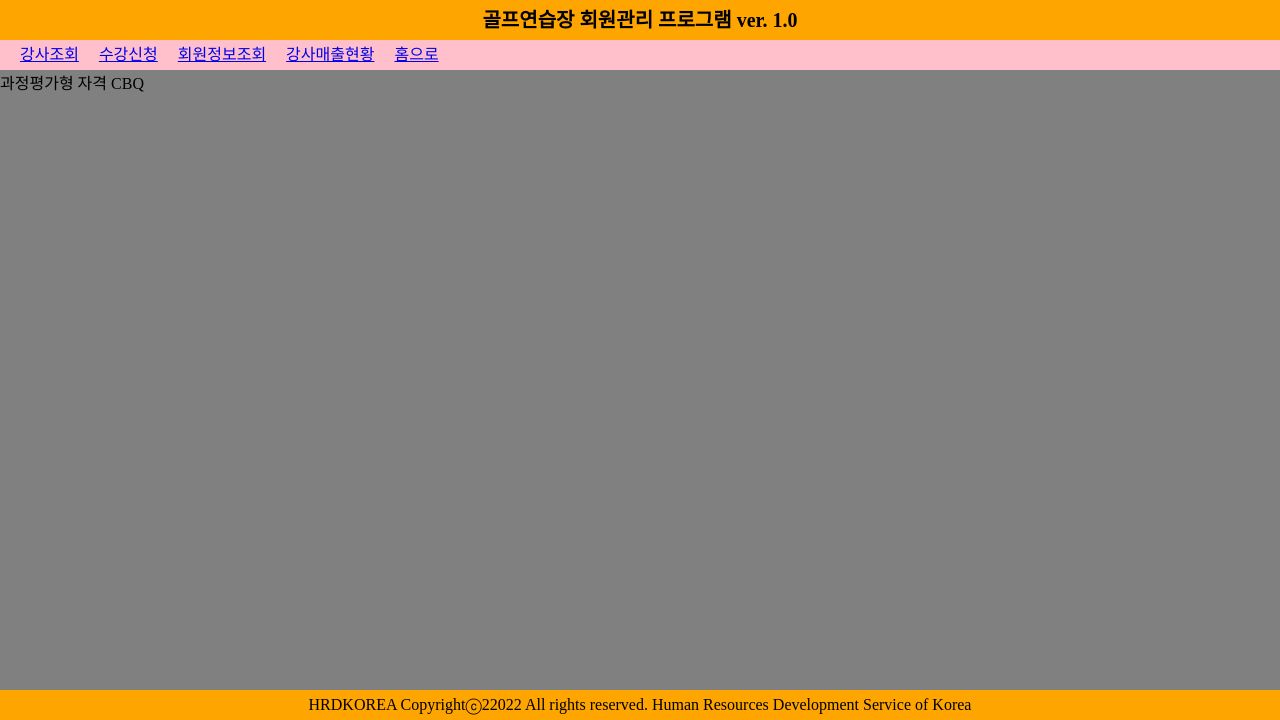
Repository: leesuyeon116/HRD_3
Page: http://localhost/HRD_0505/
These files come from the project's save history. The page is drawn as it stood at one moment and after the next save; the edit follows.
The browser window is 1280 px wide. The pictures show the whole page.
The page is served by Tomcat 9.

Above is the page before, as saved 2024-05-05 08:29:38.

After the next save:
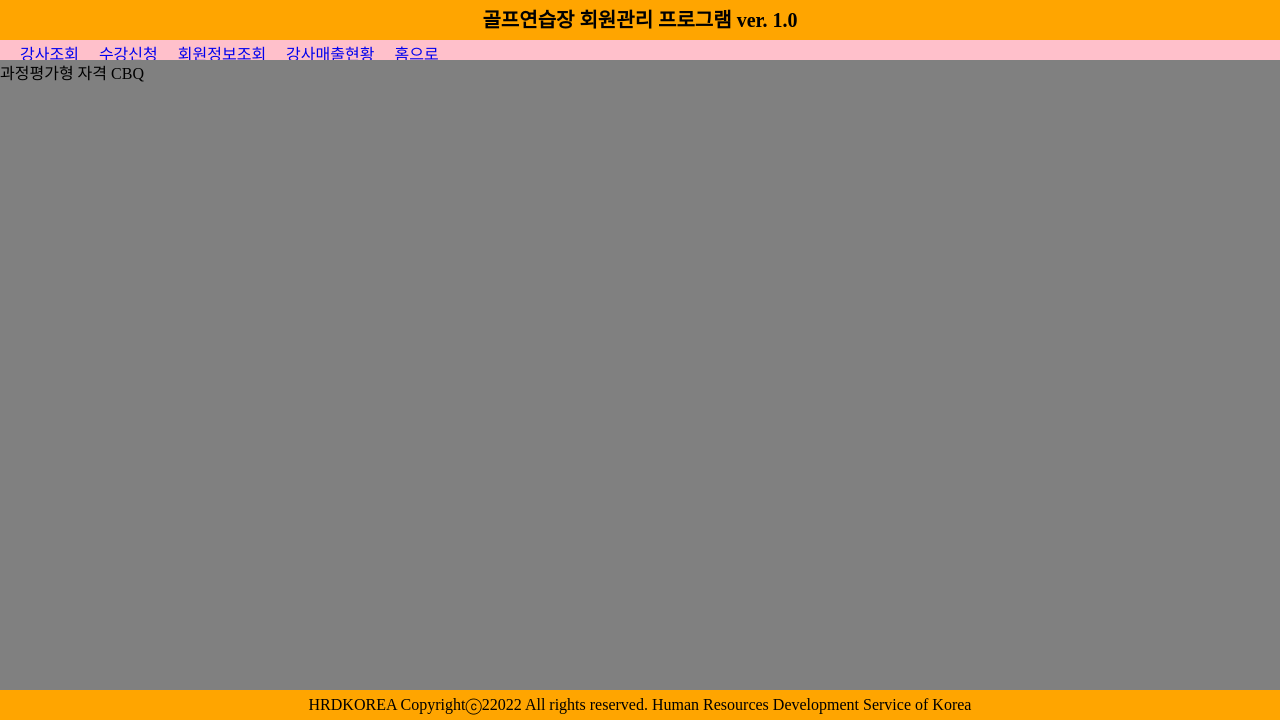
Saved 10 s later.
--- a/workspace/HRD_0505/src/main/webapp/index.jsp
+++ b/workspace/HRD_0505/src/main/webapp/index.jsp
@@ -8,7 +8,7 @@
 </head>
 <body>
 <jsp:include page="header.jsp"></jsp:include>
-<section style="position: fixed; top: 70px; left: 0px; width: 100%; height: 100%; background-color: gray ">
+<section style="position: fixed; top: 60px; left: 0px; width: 100%; height: 100%; background-color: gray ">
 과정평가형 자격 CBQ
 </section>
 
